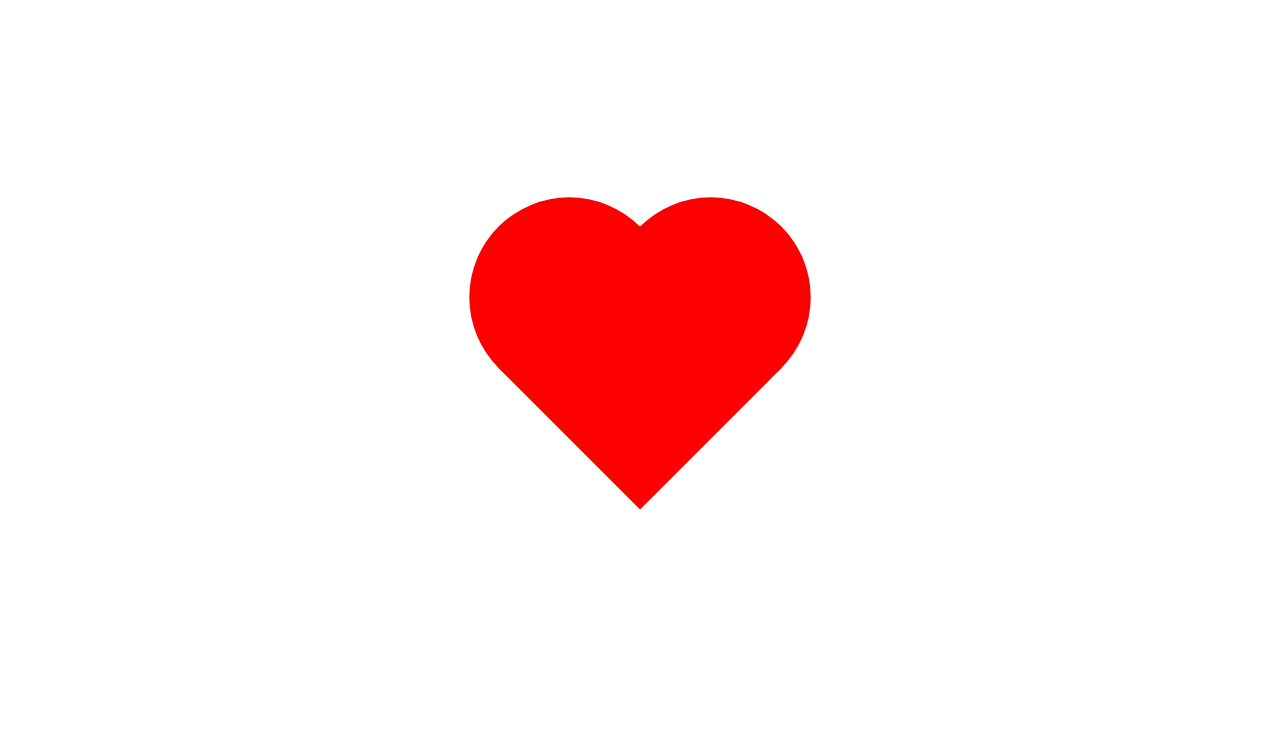
Repository: thecptwaffles/valentiens-day-animation
Page: index.html
These files come from the project's save history. The page is drawn as it stood at one moment and after the next save; the edit follows.
The browser window is 1280 px wide. The pictures show the whole page.

Above is the page before, as saved 2022-02-15 17:47:04.

After the next save:
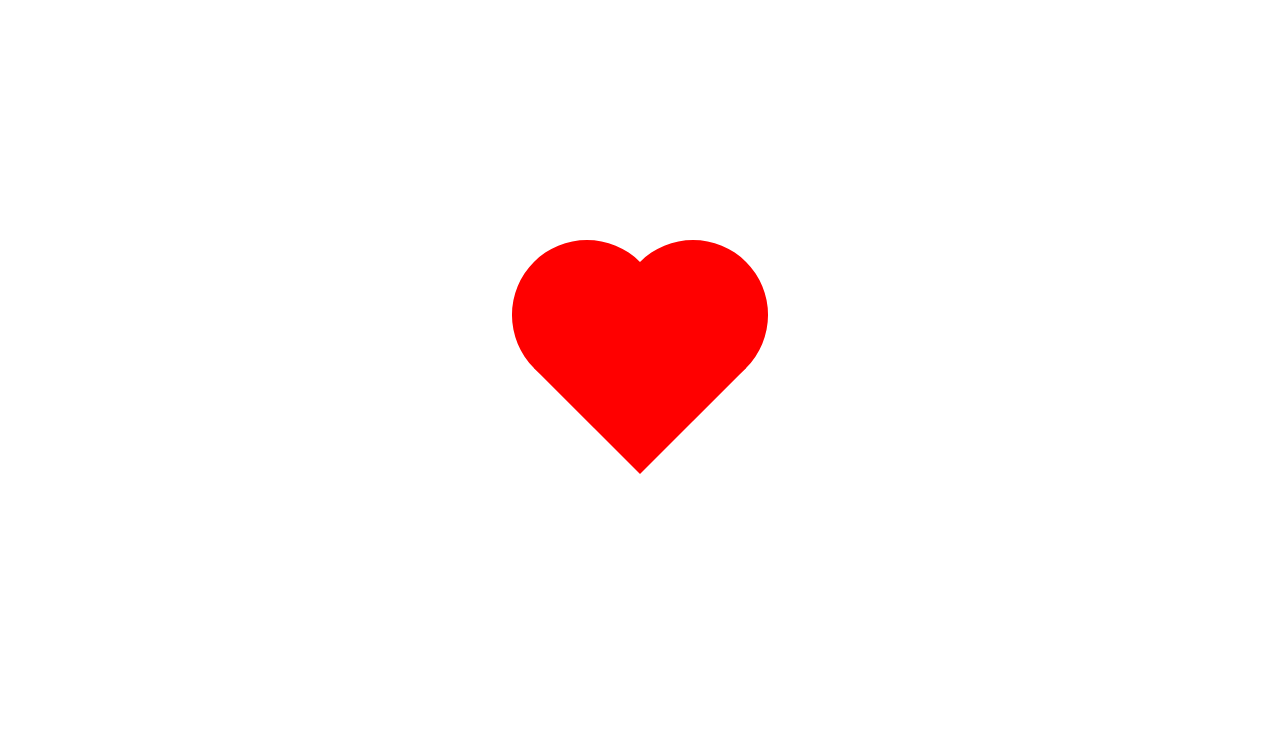
Saved 34 min 14 s later.
--- a/style.css
+++ b/style.css
@@ -7,9 +7,15 @@
 }
 
 @keyframes pulse {
-    from {
-        transform: scale3d(1);
+    0% {
+        transform: scale(1);
     }
+
+    50% {
+        transform: scale(0.5);
+    }
+
+
 }
 
 
